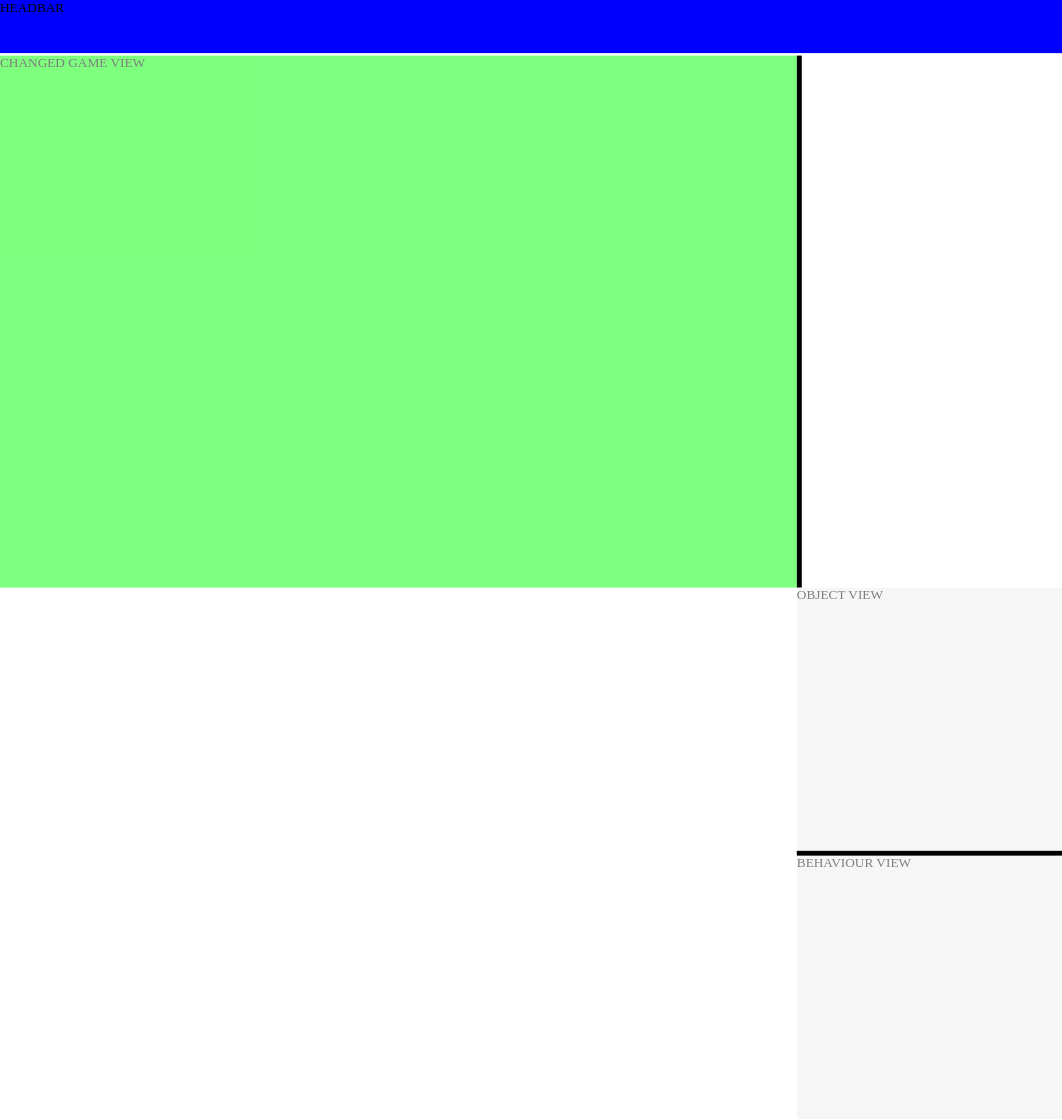
Repository: n-donnelly/onlinegameproto
Page: Content/main.html
The author's editor kept a record of every edit. The page is drawn from the files as they stood at one moment, then again after the next edit.
The browser window is 1280 px wide. The pictures show the whole page, at 83% of full size.

Above is the page before.

After the next edit:
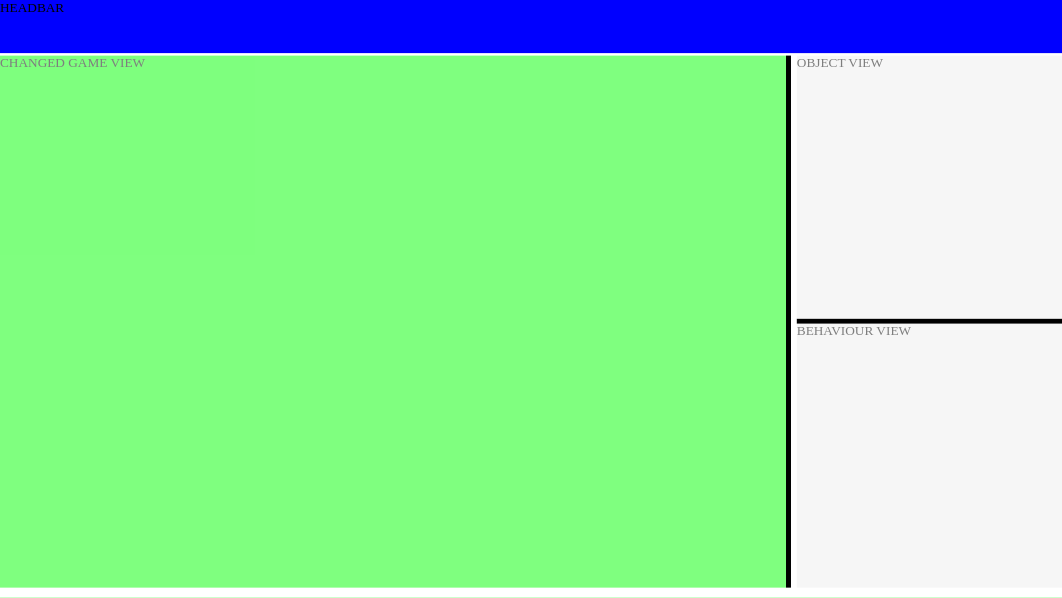
The edit:
--- a/CSS/main.css
+++ b/CSS/main.css
@@ -7,7 +7,7 @@
 #gameView {
     float: left;
     background: #00ff00;
-    width: 75%;
+    width: 74%;
     height: 100%;
     opacity: 0.5;
 }
